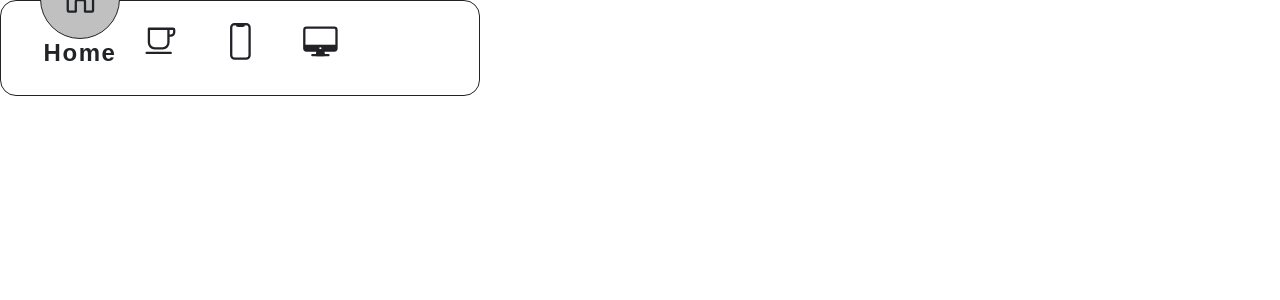
Repository: DevJoeYC/Metabukcs
Page: http://localhost/metabucks/
These files come from the project's save history. The page is drawn as it stood at one moment and after the next save; the edit follows.
The browser window is 1280 px wide. The pictures show the whole page.
The page is served by Tomcat 9.

Above is the page before, as saved 2022-05-26 16:58:51.

After the next save:
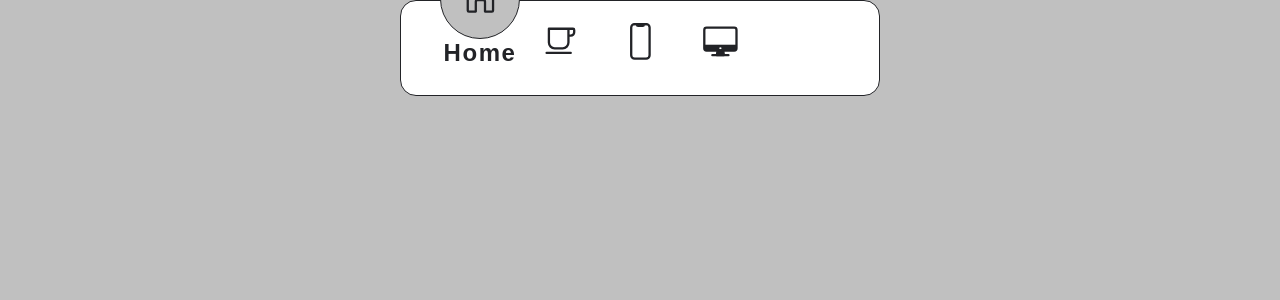
Saved 26 s later.
--- a/metabucks/WebContent/show/test.css
+++ b/metabucks/WebContent/show/test.css
@@ -10,7 +10,7 @@
 	--clr: #222327;
 }
 
-#nav
+body
 {
 	display: flex;
 	justify-content: center;

After the save that followed:
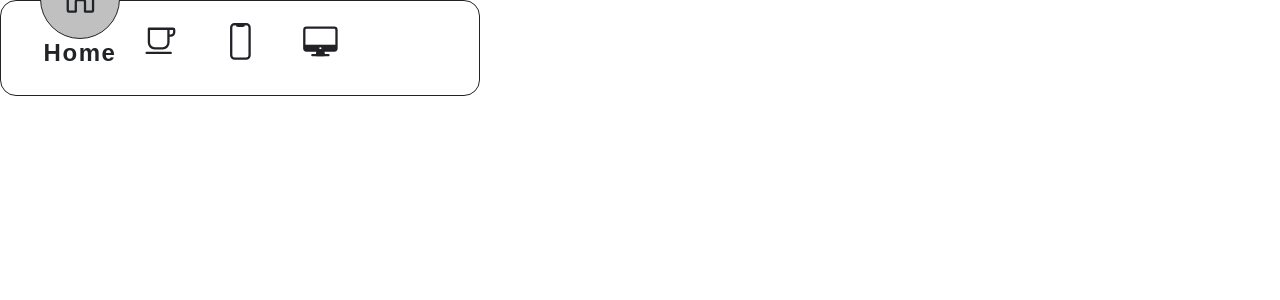
Saved 20 s later.
--- a/metabucks/WebContent/show/test.css
+++ b/metabucks/WebContent/show/test.css
@@ -10,7 +10,7 @@
 	--clr: #222327;
 }
 
-body
+#nav
 {
 	display: flex;
 	justify-content: center;
